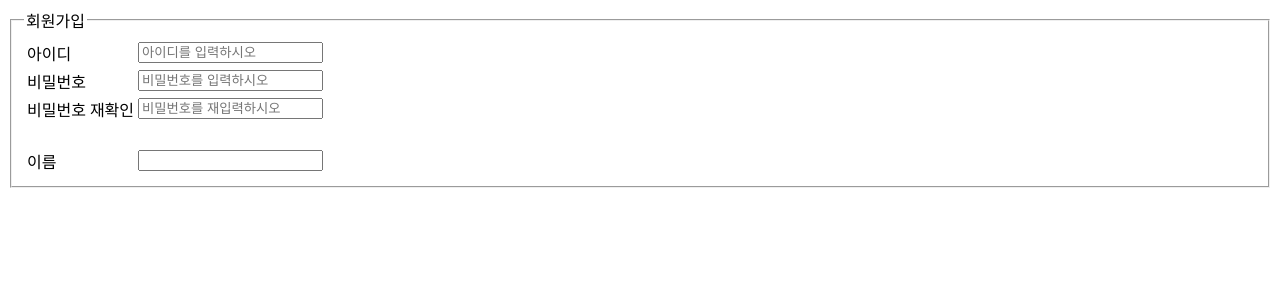
Repository: Scoobi-wisdoom/web
Page: d011/web/register.html
An editor plug-in stored every save of this project. The page is shown before and after the next save, followed by the edit.
The browser window is 1280 px wide. The pictures show the whole page.

Above is the page before, as saved 2020-08-05 08:29:59.

After the next save:
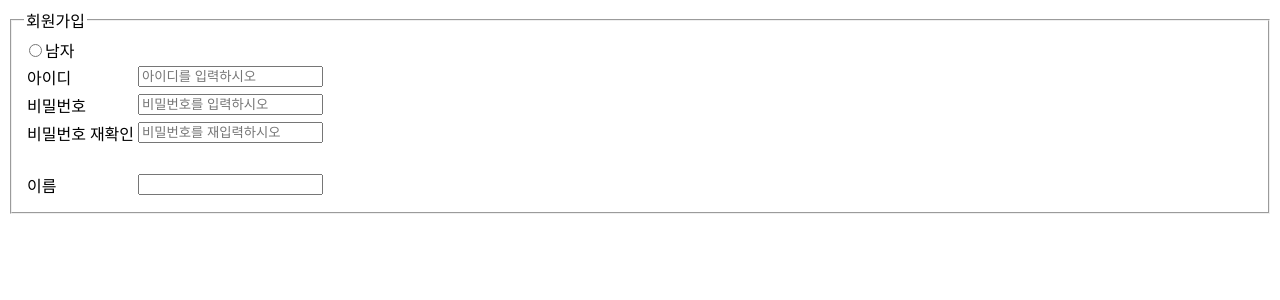
Saved 2 min 3 s later.
--- a/d011/web/register.html
+++ b/d011/web/register.html
@@ -46,6 +46,9 @@
 					<input type="text" name="name">
 				</td>
 			</tr>
+			<tr>
+				<input type="radio" name="r1" value="man">남자
+			</tr>
 
 
 		</table>
